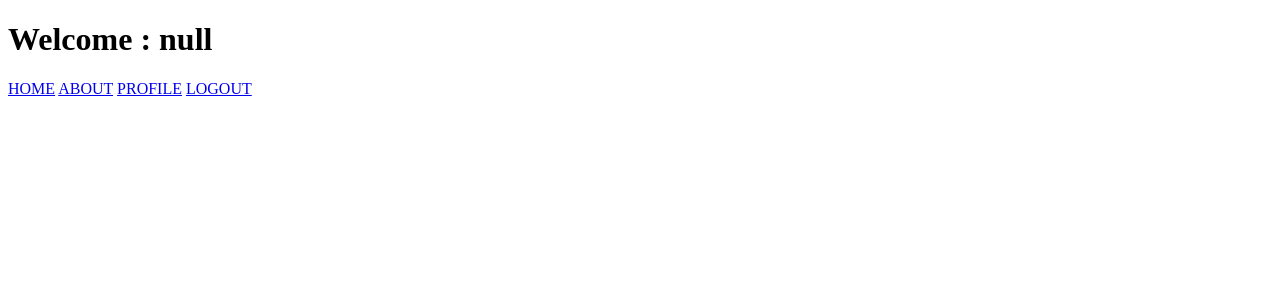
Repository: sarcasticbhuvie/ServletJSP
Page: http://localhost/03-HttpSessoin/index.jsp
An editor plug-in stored every save of this project. The page is shown before and after the next save, followed by the edit.
The browser window is 1280 px wide. The pictures show the whole page.
The page is served by Tomcat 10. Other server files are loaded and not shown.

Above is the page before, as saved 2024-01-02 14:12:01.

### 03-HttpSessoin/src/main/webapp/index.jsp
<%@ page language="java" contentType="text/html; charset=UTF-8"
    pageEncoding="UTF-8"%>
<!DOCTYPE html>
<html>
<head>
<meta charset="UTF-8">
<title>Insert title here</title>
</head>
<body>
<%
	String name = (String) session.getAttribute("name");
%>
	<h1>Welcome : <%= name %></h1>
	<span><a href="index.jsp">HOME</a></span>
	<span><a href="about.jsp">ABOUT</a></span>
	<span><a href="profile.jsp">PROFILE</a></span>
	<span><a href="logout.jsp">LOGOUT</a></span>
</body>
</html>

After the next save:
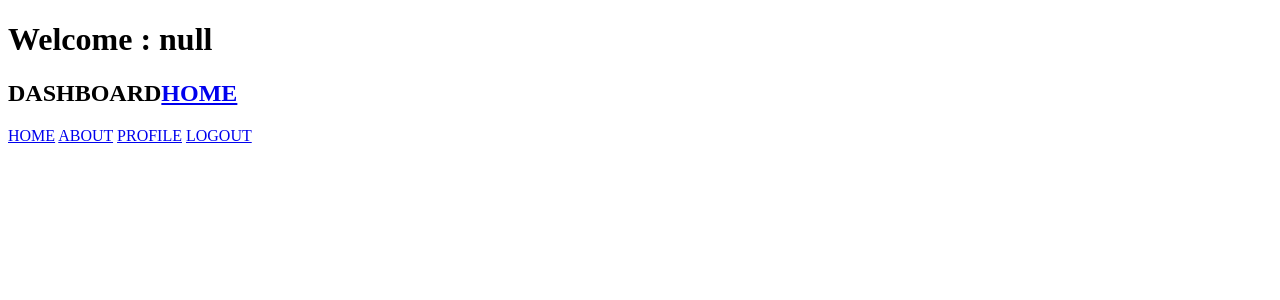
Saved 80 s later.
--- a/03-HttpSessoin/src/main/webapp/index.jsp
+++ b/03-HttpSessoin/src/main/webapp/index.jsp
@@ -11,6 +11,7 @@
 	String name = (String) session.getAttribute("name");
 %>
 	<h1>Welcome : <%= name %></h1>
+	<h2>DASHBOARD<a href="index.jsp">HOME</a></h2>
 	<span><a href="index.jsp">HOME</a></span>
 	<span><a href="about.jsp">ABOUT</a></span>
 	<span><a href="profile.jsp">PROFILE</a></span>
